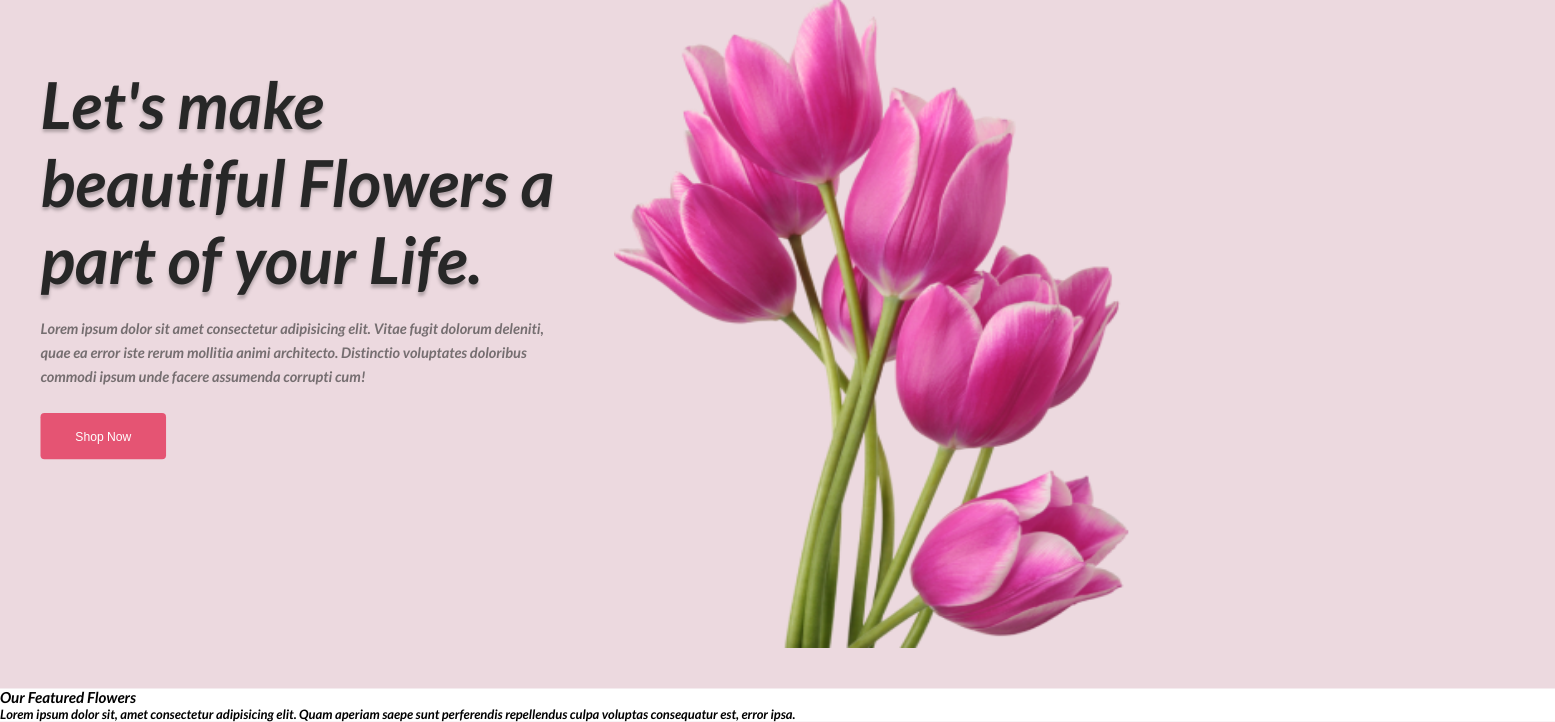
Repository: AnitaAkter/anita-flower-shop
Page: index.html
These files come from the project's save history. The page is drawn as it stood at one moment and after a run of saves; the edit follows.
The browser window is 1280 px wide. The page is 1920 px wide, so the pictures cover 1920 px, including what lies to the right of the window. The pictures show the whole page, at 81% of full size.

Above is the page before, as saved 2023-09-04 21:00:57.

### index.html
<!DOCTYPE html>
<html lang="en">

<head>
    <meta charset="UTF-8">
    <meta http-equiv="X-UA-Compatible" content="IE=edge">
    <meta name="viewport" content="width=device-width, initial-scale=1.0">
    <title>Anita's Flower Shop</title>
    <link rel="preconnect" href="https://fonts.googleapis.com">
    <link rel="preconnect" href="https://fonts.gstatic.com" crossorigin>
    <link href="https://fonts.googleapis.com/css2?family=Lato:ital,wght@1,700&display=swap" rel="stylesheet">
    <link rel="stylesheet" href="style.css">
</head>

<body>
    <div>
        <!-- /* Header -section start */ -->
        <header>
            <div class="header-intro">
                <h1>Let's make <br> beautiful Flowers a <br>part of your Life.</h1>
                <div class="header-p">
                    <p>Lorem ipsum dolor sit amet consectetur adipisicing elit. Vitae fugit dolorum deleniti, quae ea
                        error
                        iste rerum mollitia animi architecto. Distinctio voluptates doloribus commodi ipsum unde facere
                        assumenda corrupti cum!</p>
                </div>
                <button class="header-btn">Shop Now</button>
            </div>
            <div class="header-pic">
                <img src="images/pngwing 6.png" alt="">
            </div>
        </header>
        <!-- /* Header -section end */ -->
      <main>
           <div class="flowers-info">
               <h3>Our Featured Flowers</h3>
               <p>Lorem ipsum dolor sit, amet consectetur adipisicing elit. Quam aperiam saepe sunt perferendis repellendus culpa voluptas consequatur est, error ipsa.
</p>            </div>
      </main>

    </div>
</body>

</html>

### style.css
/* Header -section start */

* {
    margin: 0;
    padding: 0;
    box-sizing: border-box;
}

body {
    font-family: 'Lato', sans-serif;
    font-weight: 900;
}

header {
    display: flex;
    background-color: hsl(342, 34%, 89%);
    width: 1920px;
    height: 850px;
}

.header-intro {
    margin-top: 80px;
    margin-left: 50px;
    width: 708px;
    height: 506px;


}

.header-intro h1 {
    color: #272727;
    text-shadow: 0px 4px 4px rgba(0, 0, 0, 0.25);
    font-family: Lato;
    font-size: 80px;
    font-style: normal;
    font-weight: 800;
    line-height: normal;
    width: 708px;
    height: 310px;


}

.header-p {
    color: rgba(39, 39, 39, 0.60);
    font-family: Lato;
    font-size: 18px;
    font-style: normal;
    font-weight: 400;
    line-height: 30px;
    width: 634px;
    height: 120px;
    gap: 32px;



    /* 166.667% */
}

.header-btn {
    background-color: #E55473;
    border-radius: 5px;
    border: none;
    color: white;
    font-size: 15px;
    display: inline-flex;
    padding: 20px 43px;
    align-items: flex-start;
    gap: 10px;

}

.header-pic {
    width: 635px;
    height: 800px;
    margin-bottom: 0%;
    margin-right: auto;

}


.header-pic img {
    width: 635px;
    height: 800px;
}

/* Header -section end */





.flowers-info {

}

After the next 2 saves:
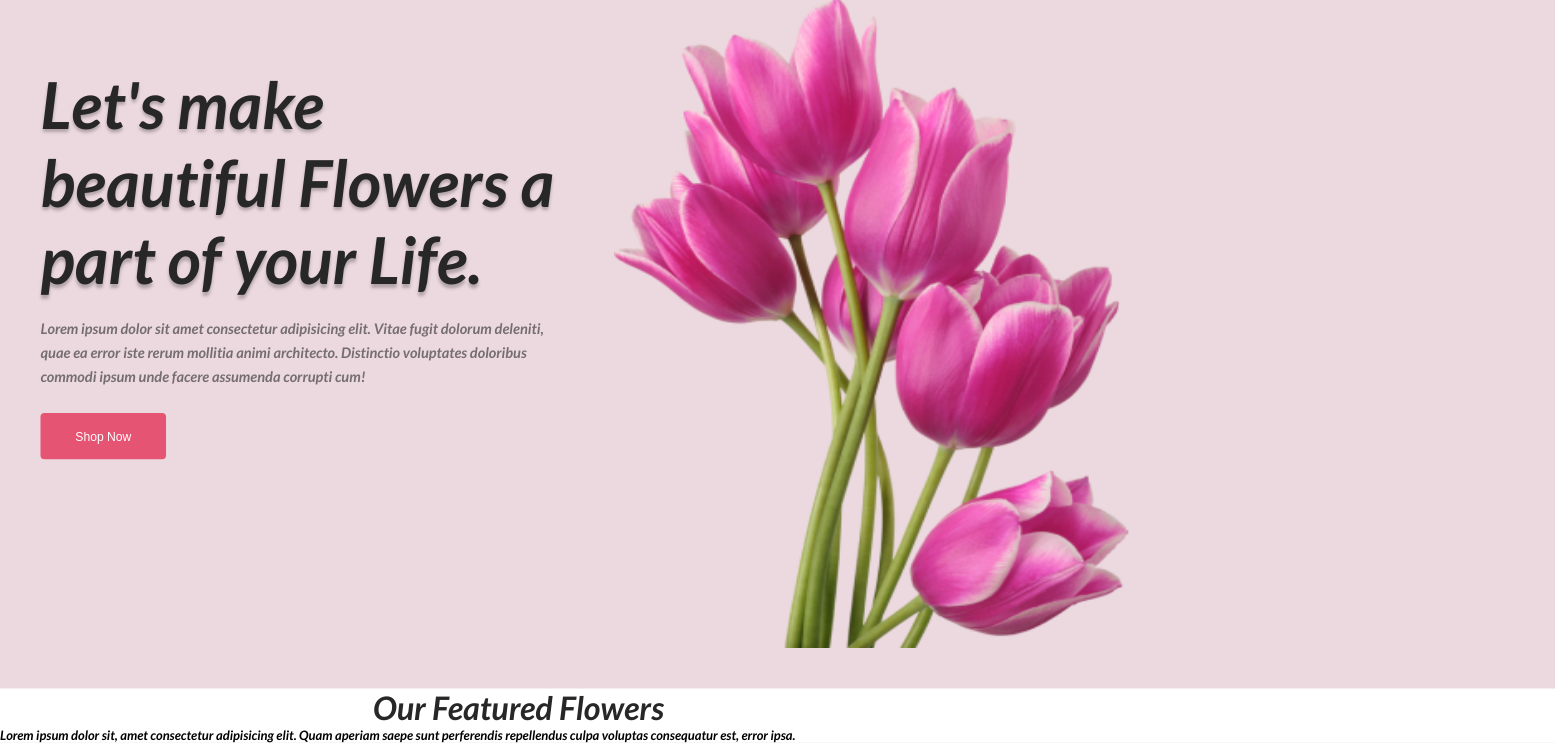
The 2 saves are shown as one change because they came seconds apart.
The last was saved 29 s later.
--- a/style.css
+++ b/style.css
@@ -90,6 +90,12 @@ header {
 
 
 
-.flowers-info {
-
+.flowers-info h3 {
+    color: #272727;
+    text-align: center;
+    font-family: Lato;
+    font-size: 40px;
+    font-style: normal;
+    font-weight: 800;
+    line-height: normal;
 }
